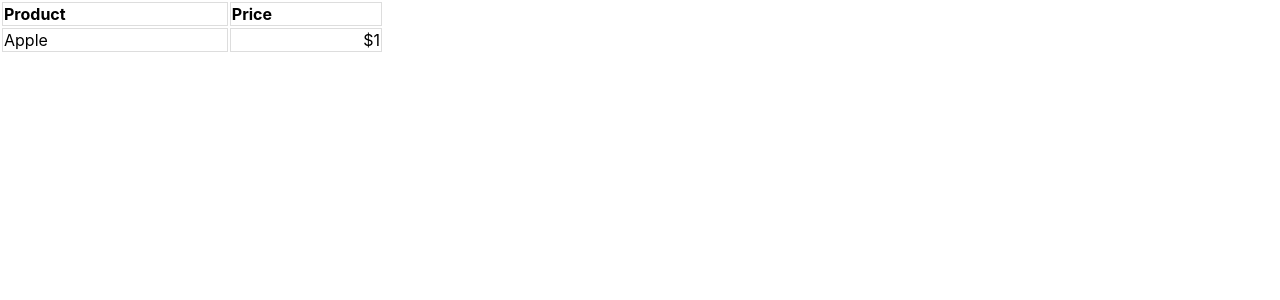
Repository: mariocapitbrok/reactjs-learn
Page: / (app in 05_filtered-data-table/)
These files come from the project's save history. The page is drawn as it stood at one moment and after the next save; the edit follows.
The browser window is 1280 px wide. The pictures show the whole page.
The project was rebuilt for these pictures with package versions that can differ from the ones it lists, and the page was loaded fresh each time.

Above is the page before, as saved 2023-02-25 20:57:30.

### 05_filtered-data-table/src/App.js
import ProductTable from './components/ProductTable'
import './App.css'

function App() {
  return (
    <div className="App">
      <ProductTable />
    </div>
  )
}

export default App

### 05_filtered-data-table/src/components/ProductTable.jsx
import styled from 'styled-components'
import '../App.css'

function ProductTable() {
  const product = PRODUCTS[0]
  return (
    <Table>
      <Thead>
        <Tr>
          <Th>Product</Th>
          <Th>Price</Th>
        </Tr>
      </Thead>
      <Tbody>
        <Tr>
          <Td>{product.name}</Td>
          <TdPrice>{product.price}</TdPrice>
        </Tr>
      </Tbody>
    </Table>
  )
}

export default ProductTable

const Table = styled.table.attrs(props => ({
  id: 'products',
}))``
const Thead = styled.thead.attrs(props => ({}))``
const Tbody = styled.tbody.attrs(props => ({}))``
const Tr = styled.tr.attrs(props => ({}))``
const Th = styled.th.attrs(props => ({}))``
const Td = styled.td.attrs(props => ({}))``

const TdPrice = styled(Td).attrs({
  className: 'money-data',
})``

const PRODUCTS = [
  { category: 'Fruits', price: '$1', stocked: true, name: 'Apple' },
  { category: 'Fruits', price: '$1', stocked: true, name: 'Dragonfruit' },
  { category: 'Fruits', price: '$2', stocked: false, name: 'Passionfruit' },
  { category: 'Vegetables', price: '$2', stocked: true, name: 'Spinach' },
  { category: 'Vegetables', price: '$4', stocked: false, name: 'Pumpkin' },
  { category: 'Vegetables', price: '$1', stocked: true, name: 'Peas' },
]

### 05_filtered-data-table/src/App.css

/* Table*/
#products {
  width: 30%;
  min-width: 200px;
}

#products th {
  text-align: left;
}

#products th, #products td {
  border: 1px solid #ddd;
}

.money-data {
  text-align: right;
}

Loaded but not shown: 05_filtered-data-table/public/index.html (common file); 05_filtered-data-table/src/index.js (common file); 05_filtered-data-table/src/index.css (common file); 05_filtered-data-table/src/reportWebVitals.js (common file)

After the next save:
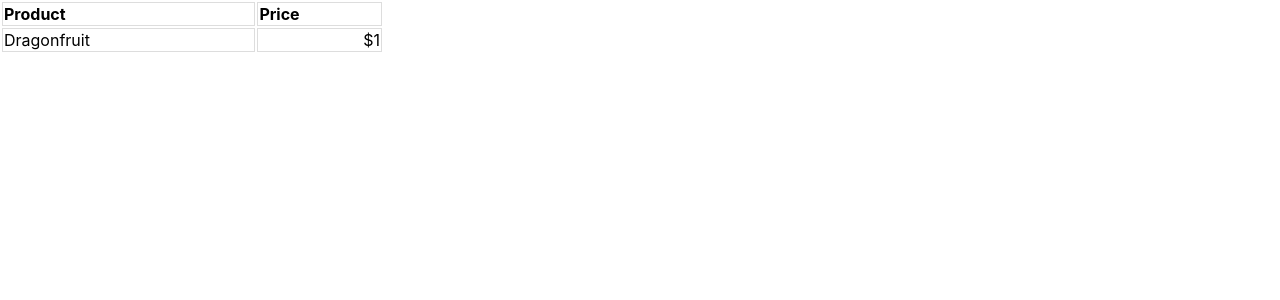
Saved 26 s later.
--- a/05_filtered-data-table/src/components/ProductTable.jsx
+++ b/05_filtered-data-table/src/components/ProductTable.jsx
@@ -2,7 +2,7 @@ import styled from 'styled-components'
 import '../App.css'
 
 function ProductTable() {
-  const product = PRODUCTS[0]
+  const product = PRODUCTS[1]
   return (
     <Table>
       <Thead>
